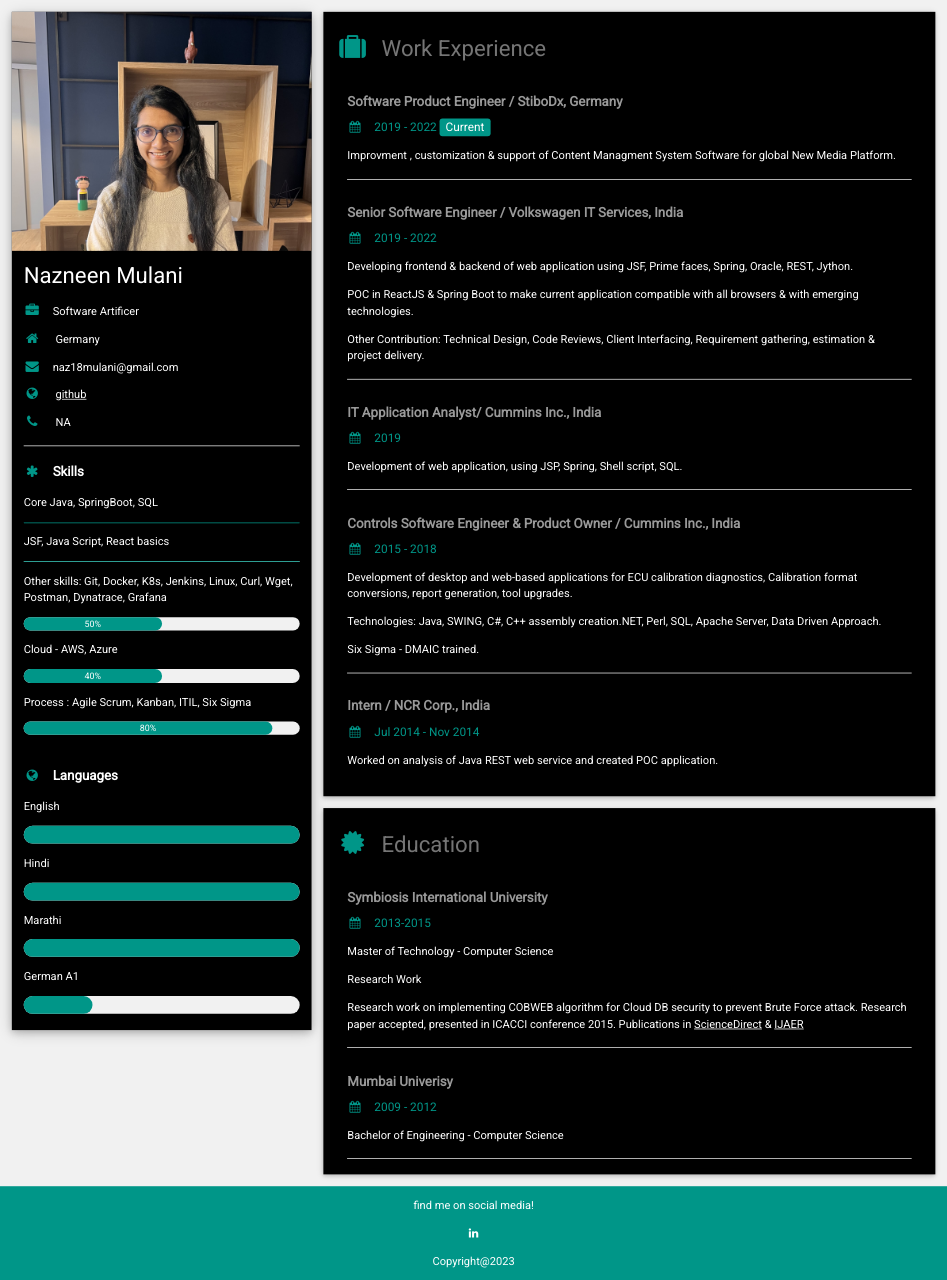
Repository: nazneenprojects/nazneen.github.io
Page: index.html
The author's editor kept a copy of each file at every save. The page is drawn from the files as they stood at one save, then again after the next save.
The browser window is 1280 px wide. The pictures show the whole page, at 74% of full size.

Above is the page before, as saved 2023-07-09 11:38:36.

After the next save:
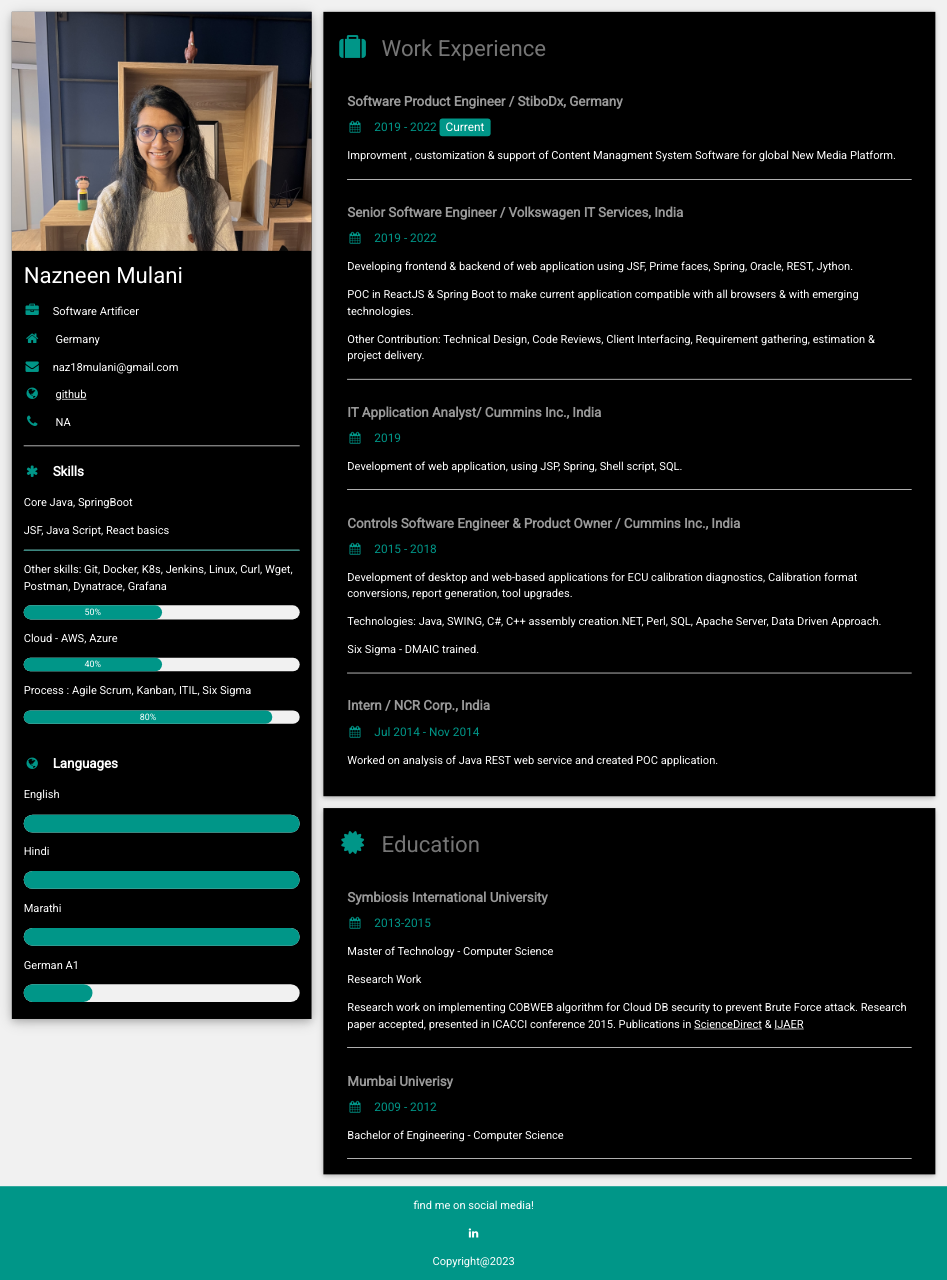
Saved 19 s later.
--- a/index.html
+++ b/index.html
@@ -38,11 +38,14 @@
           <hr>
 
           <p class="w3-large"><b><i class="fa fa-asterisk fa-fw w3-margin-right w3-text-teal"></i>Skills</b></p>
-          <p>Core Java, SpringBoot, SQL</p>
-          <div class="w3-container w3-center w3-round-xlarge w3-teal" style="width:100%"></div>
+          <p>Core Java, SpringBoot</p>
+          <div class="w3-light-grey w3-square-xlarge w3-small">
+          </div>
           <p>JSF, Java Script, React basics</p>
           <div class="w3-light-grey w3-round-xlarge w3-small">
-            <div class="w3-container w3-center w3-round-xlarge w3-teal" style="width:100%"></div>
+            <div class="w3-container w3-center w3-round-xlarge w3-teal" style="width:100%">
+              <div class="w3-center w3-text-white"></div>
+            </div>
           </div>
           <p>Other skills: Git, Docker, K8s, Jenkins, Linux, Curl, Wget, Postman, Dynatrace, Grafana</p>
           <div class="w3-light-grey w3-round-xlarge w3-small">

After the 2 saves that followed:
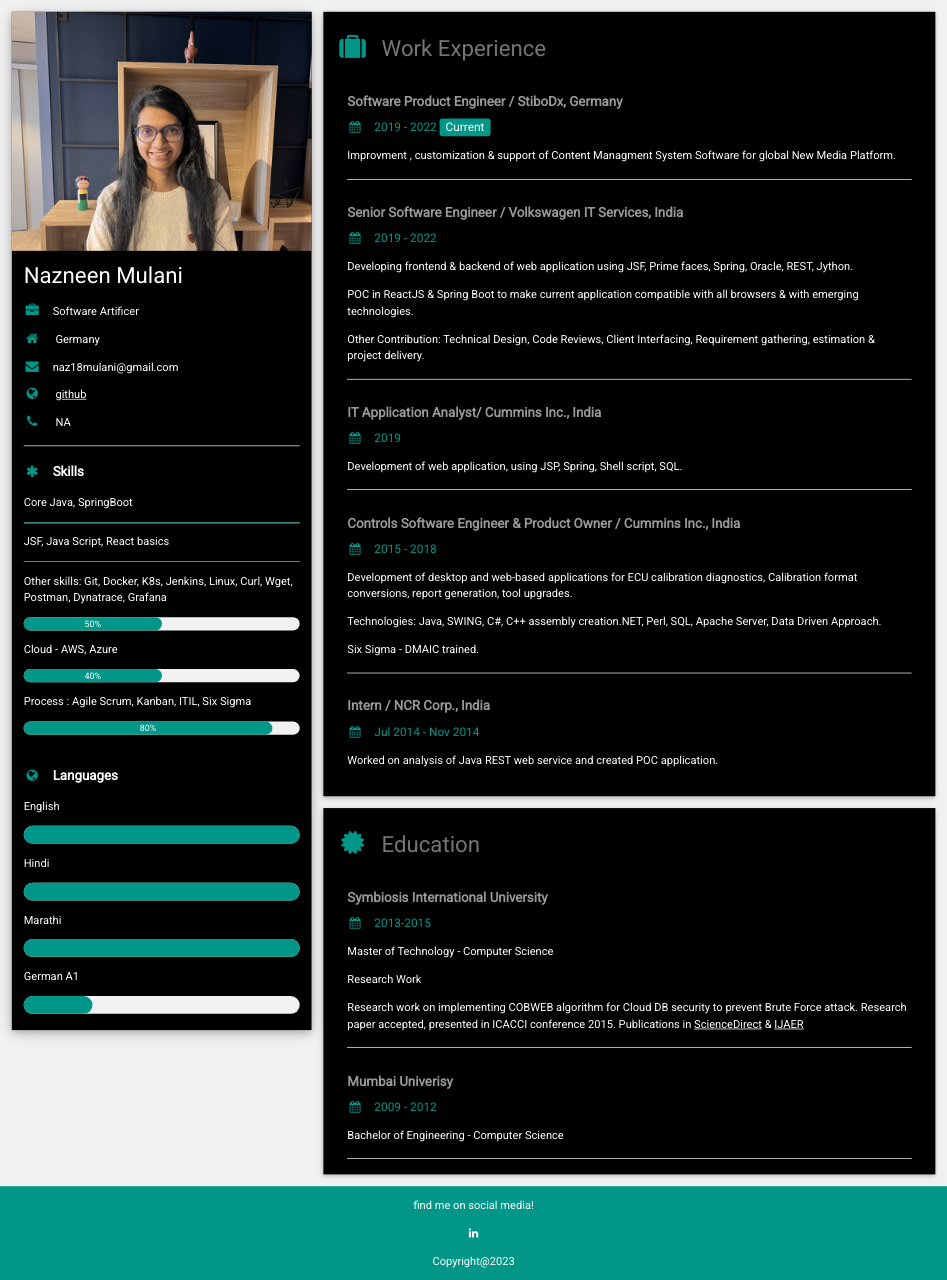
The 2 saves are shown as one change because 1 left the picture as it was.
The last was saved 52 s later.
--- a/index.html
+++ b/index.html
@@ -39,12 +39,13 @@
 
           <p class="w3-large"><b><i class="fa fa-asterisk fa-fw w3-margin-right w3-text-teal"></i>Skills</b></p>
           <p>Core Java, SpringBoot</p>
-          <div class="w3-light-grey w3-square-xlarge w3-small">
+          <div class="w3-light-grey w3-round-xlarge w3-small">
+            <div class="w3-container w3-center w3-round-xlarge w3-teal" style="width:100%">
+            </div>
           </div>
           <p>JSF, Java Script, React basics</p>
           <div class="w3-light-grey w3-round-xlarge w3-small">
             <div class="w3-container w3-center w3-round-xlarge w3-teal" style="width:100%">
-              <div class="w3-center w3-text-white"></div>
             </div>
           </div>
           <p>Other skills: Git, Docker, K8s, Jenkins, Linux, Curl, Wget, Postman, Dynatrace, Grafana</p>
